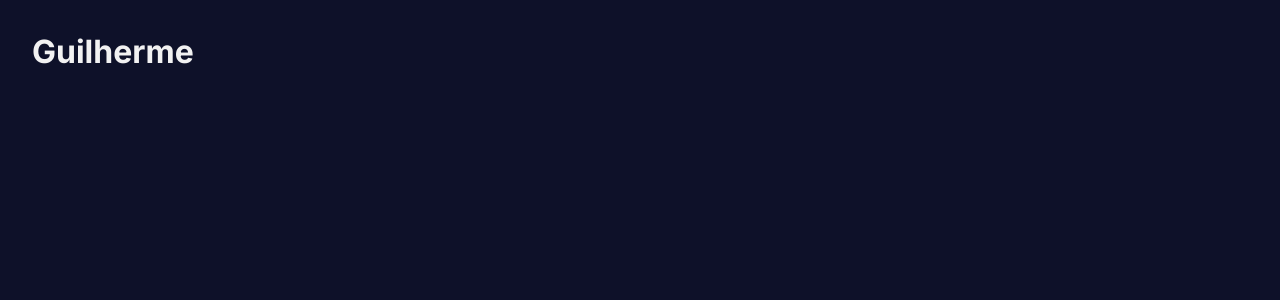
Repository: guilhermecardoso93/github-finder
Page: /
The author's editor kept a copy of each file at every save. The page is drawn from the files as they stood at one save, then again after the next save.
The browser window is 1280 px wide. The pictures show the whole page.
The project was rebuilt for these pictures with package versions that can differ from the ones it lists, and the page was loaded fresh each time. Also part of the build but not shown: vite.config.ts.

Above is the page before, as saved 2024-10-23 19:51:56.

### index.html
<!doctype html>
<html lang="en">

<head>
    <meta charset="UTF-8" />
    <link rel="icon" type="image/svg+xml" href="/" />
    <link rel="preconnect" href="https://fonts.googleapis.com">
    <link rel="preconnect" href="https://fonts.gstatic.com" crossorigin>
    <link href="https://fonts.googleapis.com/css2?family=Inter:ital,opsz,wght@0,14..32,100..900;1,14..32,100..900&display=swap" rel="stylesheet">
    <meta name="viewport" content="width=device-width, initial-scale=1.0" />
    <title>GitHub Finder </title>
</head>

<body>
    <div id="root"></div>
    <script type="module" src="/src/main.tsx"></script>
</body>

</html>

### src/main.tsx
import { StrictMode } from "react";
import { createRoot } from "react-dom/client";
import "./index.css";
import { App } from "./App.tsx";
import { createBrowserRouter, RouterProvider } from "react-router-dom";
import { Home } from "./routes/Home.tsx";

//Pages

const router = createBrowserRouter([
  {
    path: "/",
    element: <App />,
    children: [
      {
        path: '/',
        element: <Home />
      },
    ]
  },
]);

createRoot(document.getElementById("root")!).render(
  <StrictMode>
    <RouterProvider router={router}/>
  </StrictMode>
);

### src/index.css
* {
  padding: 0;
  margin: 0;
  box-sizing: border-box;
  font-family: "Inter", serif;
  font-optical-sizing: auto;
  color: #f2f2f2;
}

body {
  background-color: #0e1129;
  padding: 2rem;
}

p {
  text-align: center;
}

a {
  text-decoration: none;
}

### src/App.tsx
export const App = () => {
  return (
    <>
      <h1>Guilherme</h1>
    </>
  );
};

### src/routes/Home.tsx
export const Home = () => {
  return (
    <>
      <h1>Home</h1>
    </>
  );
};

After the next save:
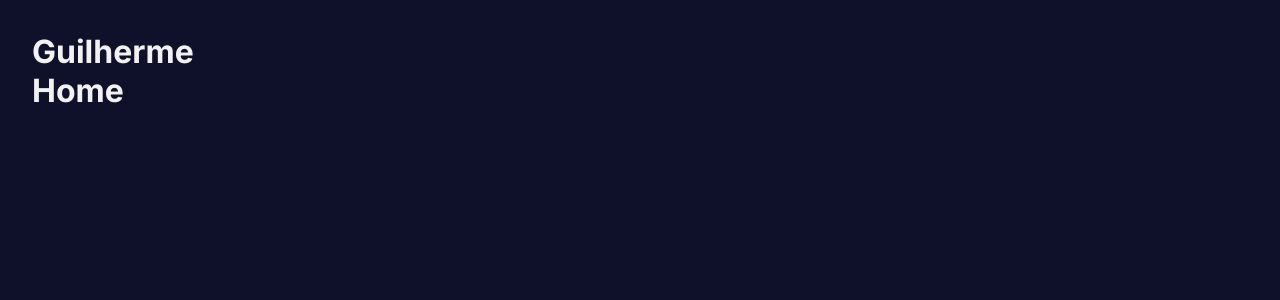
Saved 68 s later.
--- a/src/App.tsx
+++ b/src/App.tsx
@@ -1,7 +1,10 @@
+import { Outlet } from "react-router-dom";
+
 export const App = () => {
   return (
     <>
       <h1>Guilherme</h1>
+      <Outlet />
     </>
   );
 };
